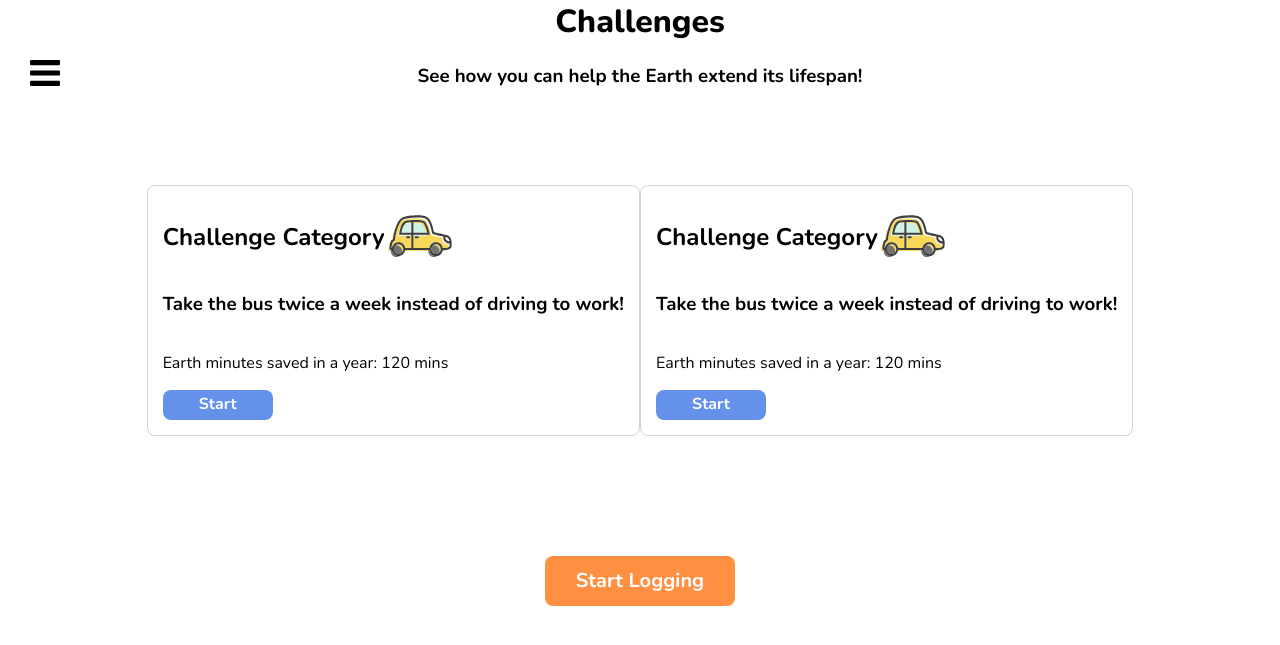
Repository: cho196/Timearth
Page: /challenges
These files come from the project's save history. The page is drawn as it stood at one moment and after the next save; the edit follows.
The browser window is 1280 px wide. The pictures show the whole page.
The project was rebuilt for these pictures with package versions that can differ from the ones it lists, and the page was loaded fresh each time. The framework's server and built-in components were replaced by stand-ins that run in the browser. Also part of the build but not shown: next.config.js.

Above is the page before, as saved 2022-04-12 22:23:01.

After the next save:
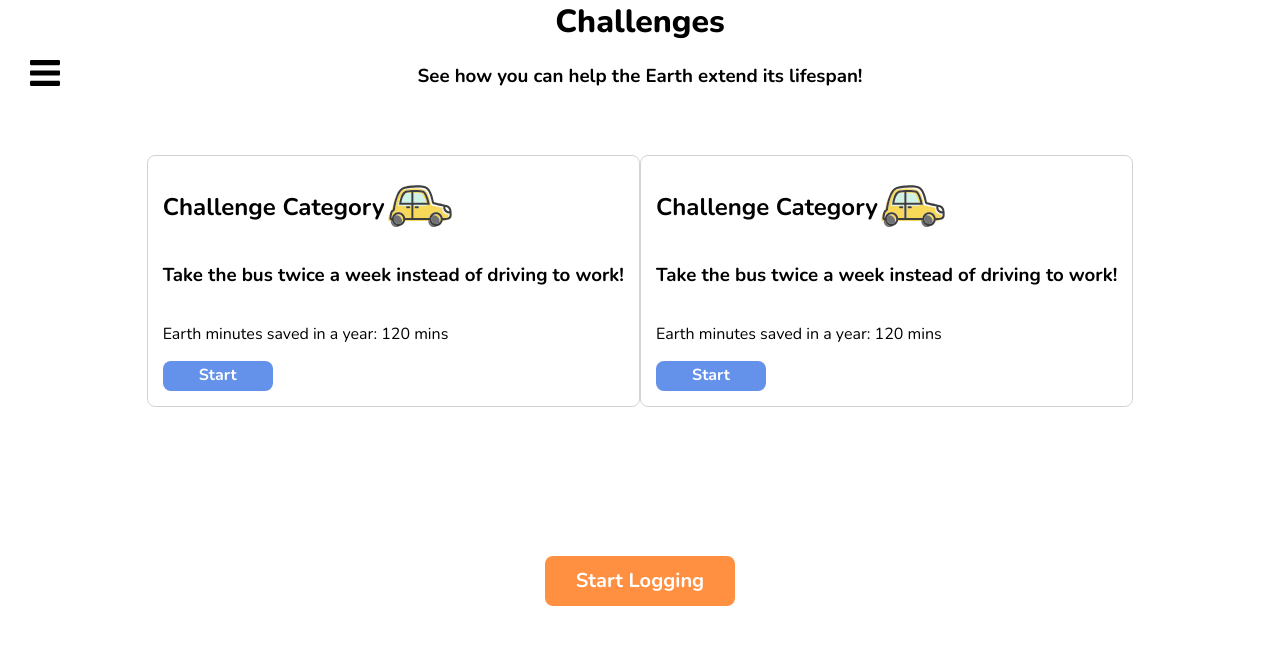
Saved 9 s later.
--- a/styles/globals.css
+++ b/styles/globals.css
@@ -68,7 +68,6 @@ button {
     flex-wrap:wrap;
     justify-content: center;
     padding:3em;
-    margin:3em;
 }
 .challenge-heading {
     display:flex;
